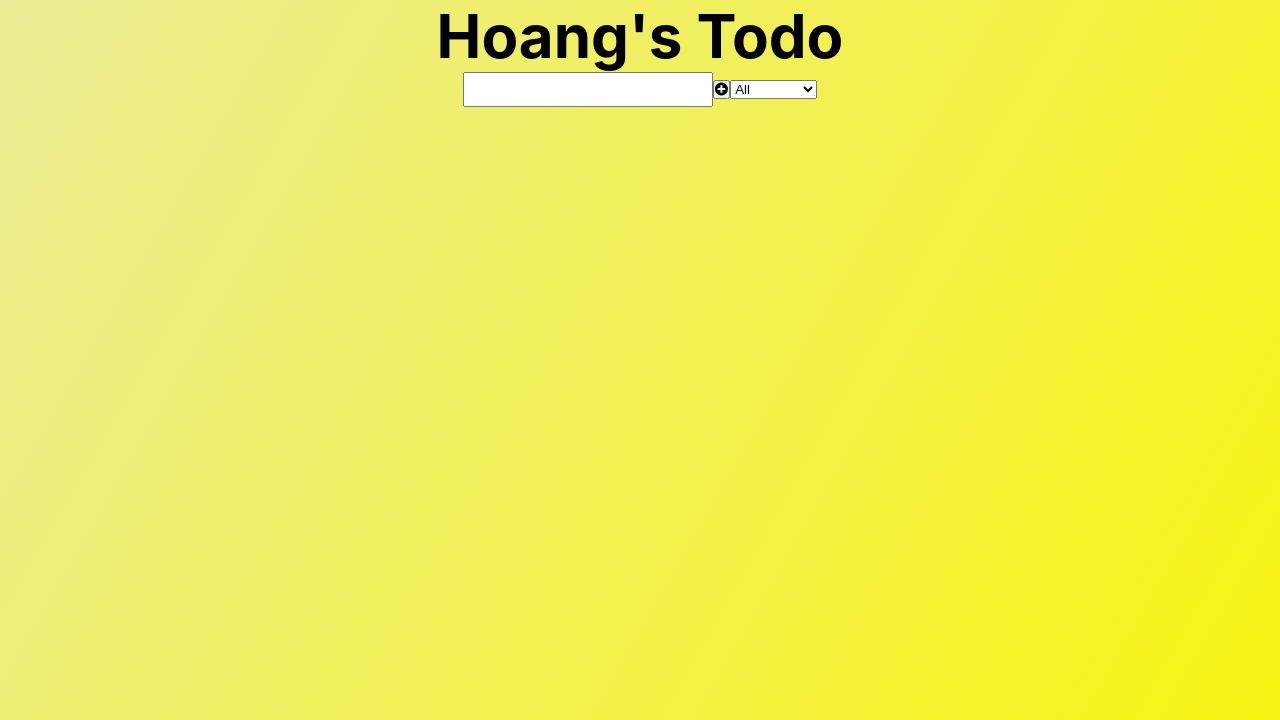
Repository: DinhHoang0607/TodoReact
Page: /
An editor plug-in stored every save of this project. The page is shown before and after a run of saves, followed by the edit.
The browser window is 1280 px wide. The pictures show the whole page.
Some web libraries are served in a nearby version. The project was rebuilt for these pictures with package versions that can differ from the ones it lists, and the page was loaded fresh each time.

Above is the page before, as saved 2021-09-09 19:58:22.

After the next 3 saves:
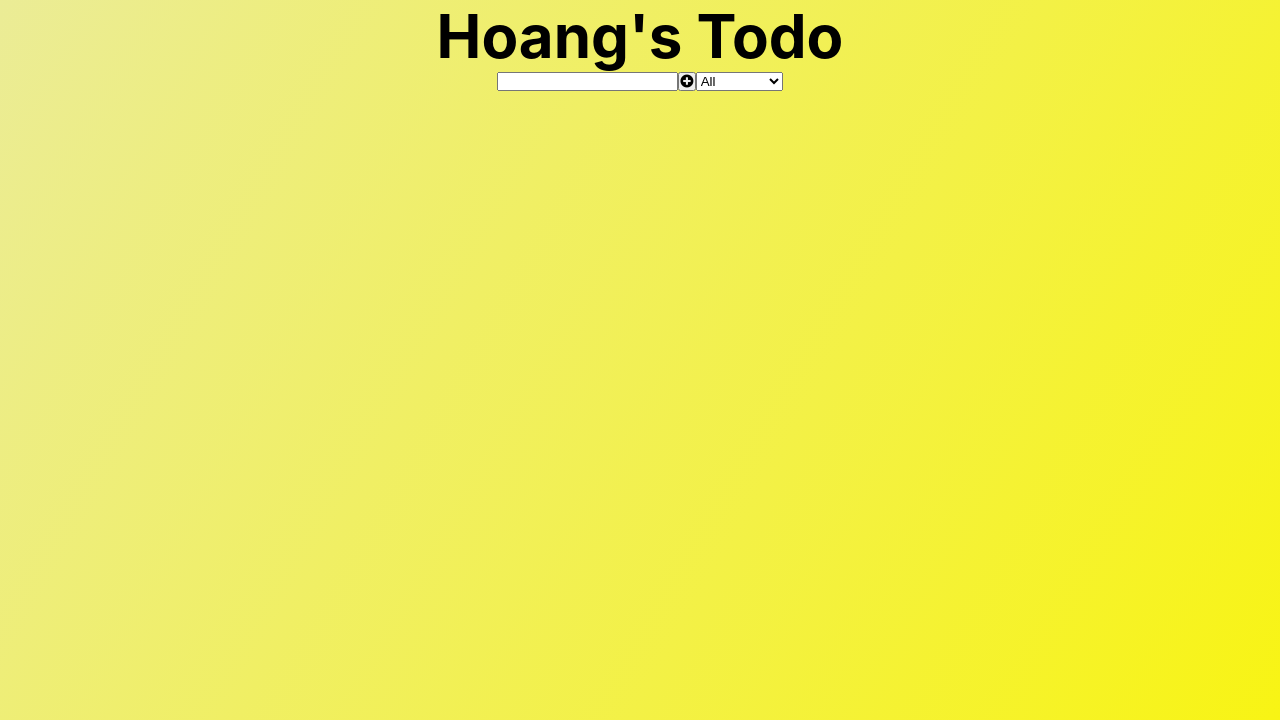
The 3 saves are shown as one change because they came seconds apart.
The last was saved 113 s later.
--- a/src/App.css
+++ b/src/App.css
@@ -23,7 +23,7 @@ form {
   justify-content: center;
   align-items: center;
 }
-.form__input {
+.form__input .form__select{
   width: 25rem;
   height: 3.5rem;
 }
